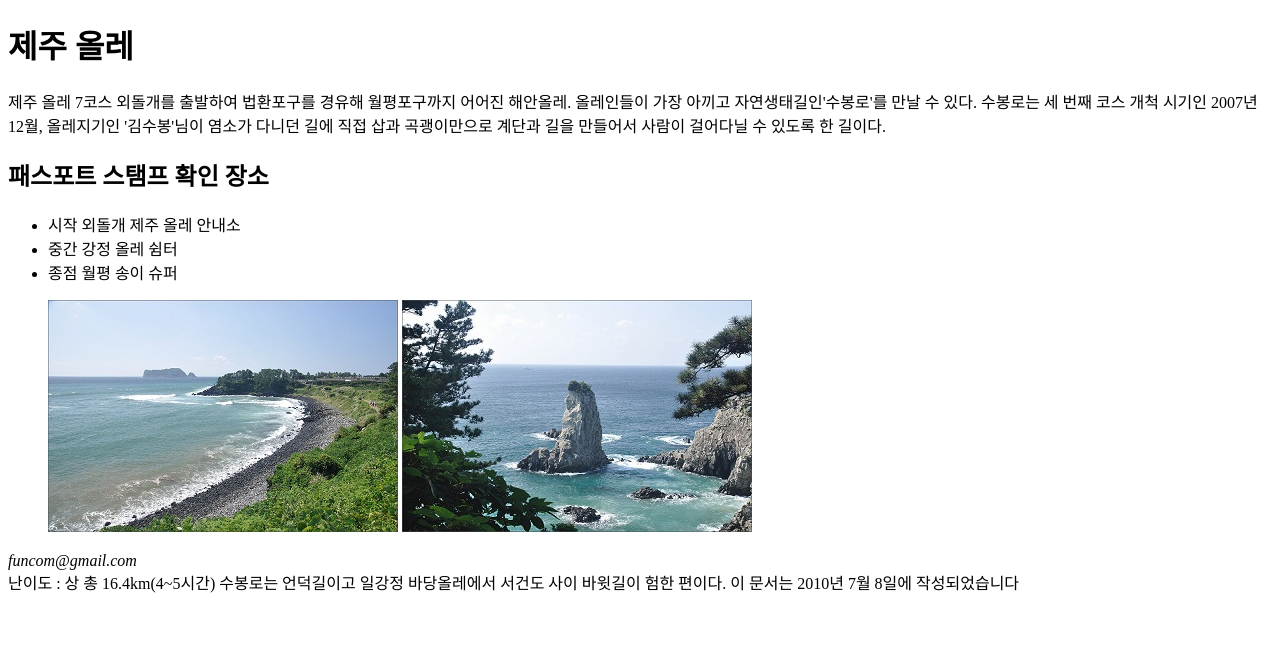
Repository: jinaa11/Kcc_Web
Page: Html/WebContent/sample2.html
An editor plug-in stored every save of this project. The page is shown before and after the next save, followed by the edit.
The browser window is 1280 px wide. The pictures show the whole page.

Above is the page before, as saved 2024-07-08 07:15:55.

After the next save:
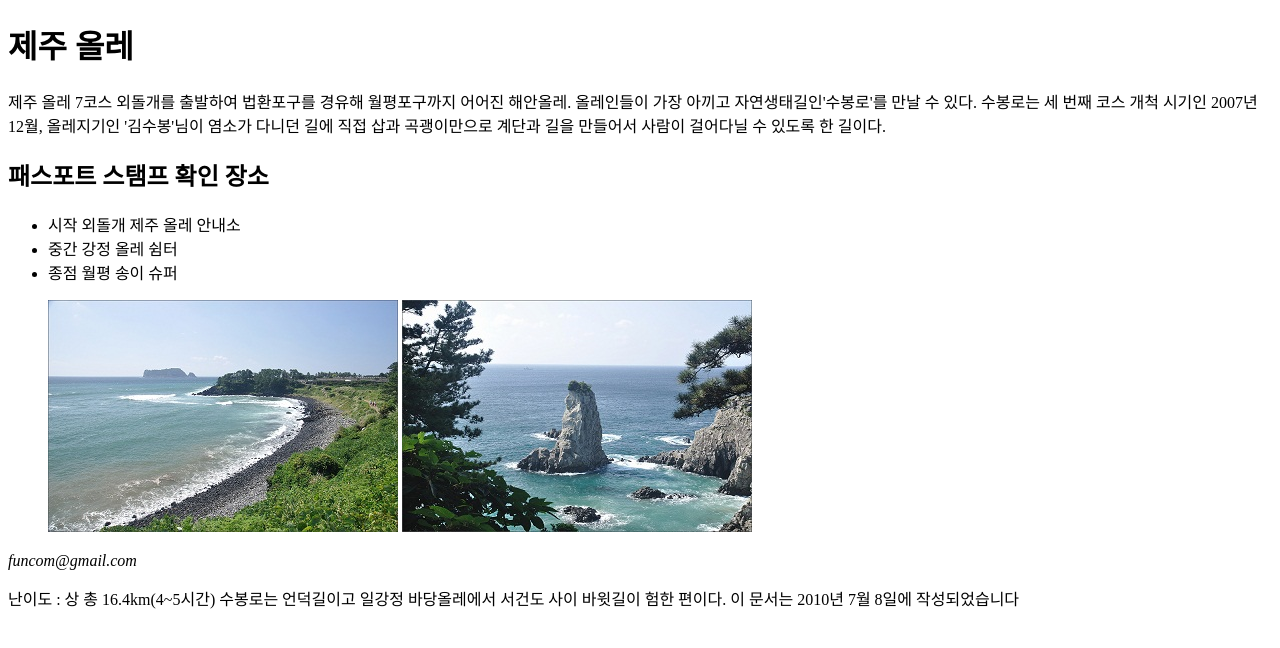
Saved 43 s later.
--- a/Html/WebContent/sample2.html
+++ b/Html/WebContent/sample2.html
@@ -32,7 +32,7 @@
 
 <footer>
 	<address>
-		funcom@gmail.com
+		<p>funcom@gmail.com</p>
 	</address>
 </footer>
 
